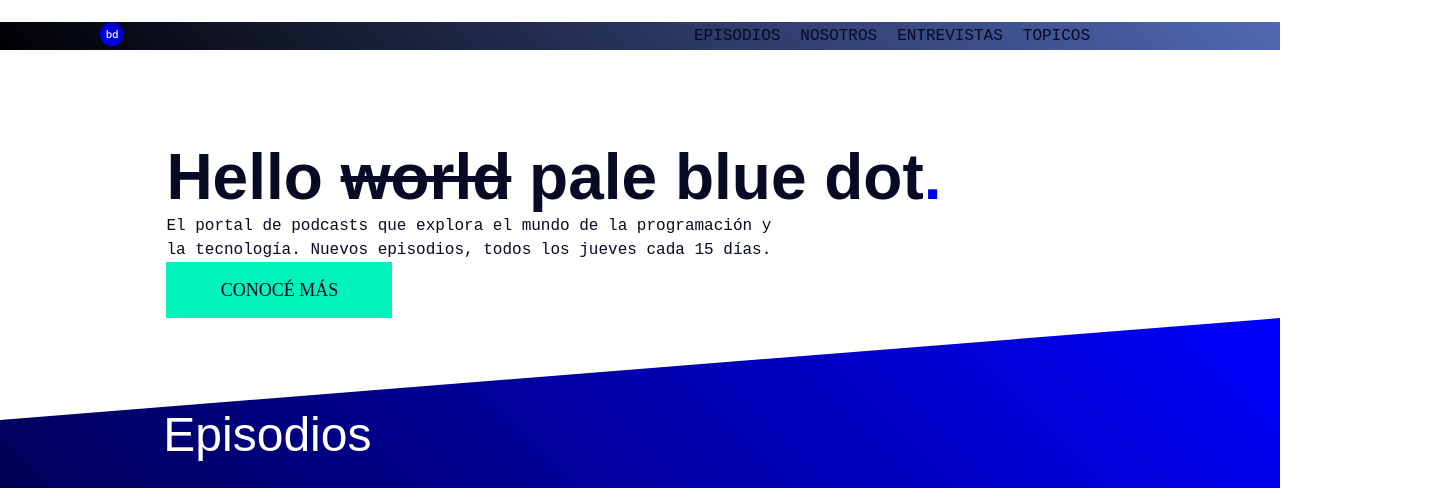
Repository: FedeGA93/podcast
Page: index.html
These files come from the project's save history. The page is drawn as it stood at one moment and after the next save; the edit follows.
The browser window is 1280 px wide. The page is 1440 px wide, so the pictures cover 1440 px, including what lies to the right of the window. The pictures show the part of the page from y = 0 to 488 px (the page is 3262 px tall).
Pictures or frames that could not be fetched are drawn as grey boxes. Some web fonts or font styles are not loaded; a fallback is used. Some web libraries are served in a nearby version.

Above is the page before, as saved 2019-11-26 20:47:29.

After the next save:
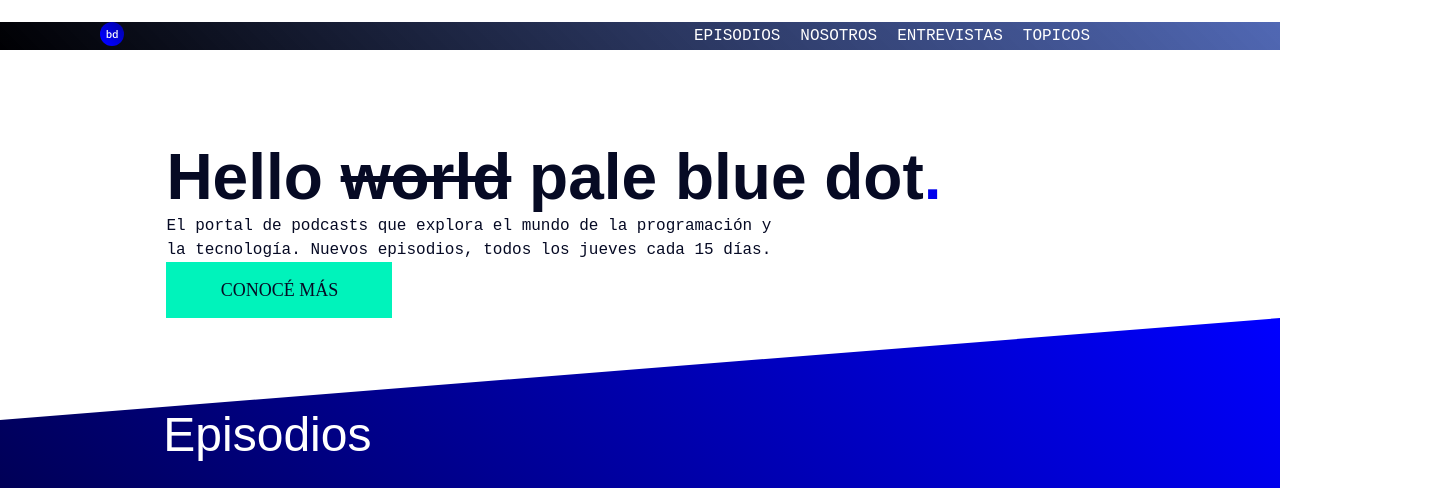
Saved 48 s later.
--- a/styles/styles.css
+++ b/styles/styles.css
@@ -49,7 +49,7 @@
 .color-letras {
   font-family: "IBM Plex Mono", monospace;
   font-size: 16px;
-  color: #060a24;
+  color: white;
   letter-spacing: 0;
   line-height: 28px;
   text-decoration: none;
